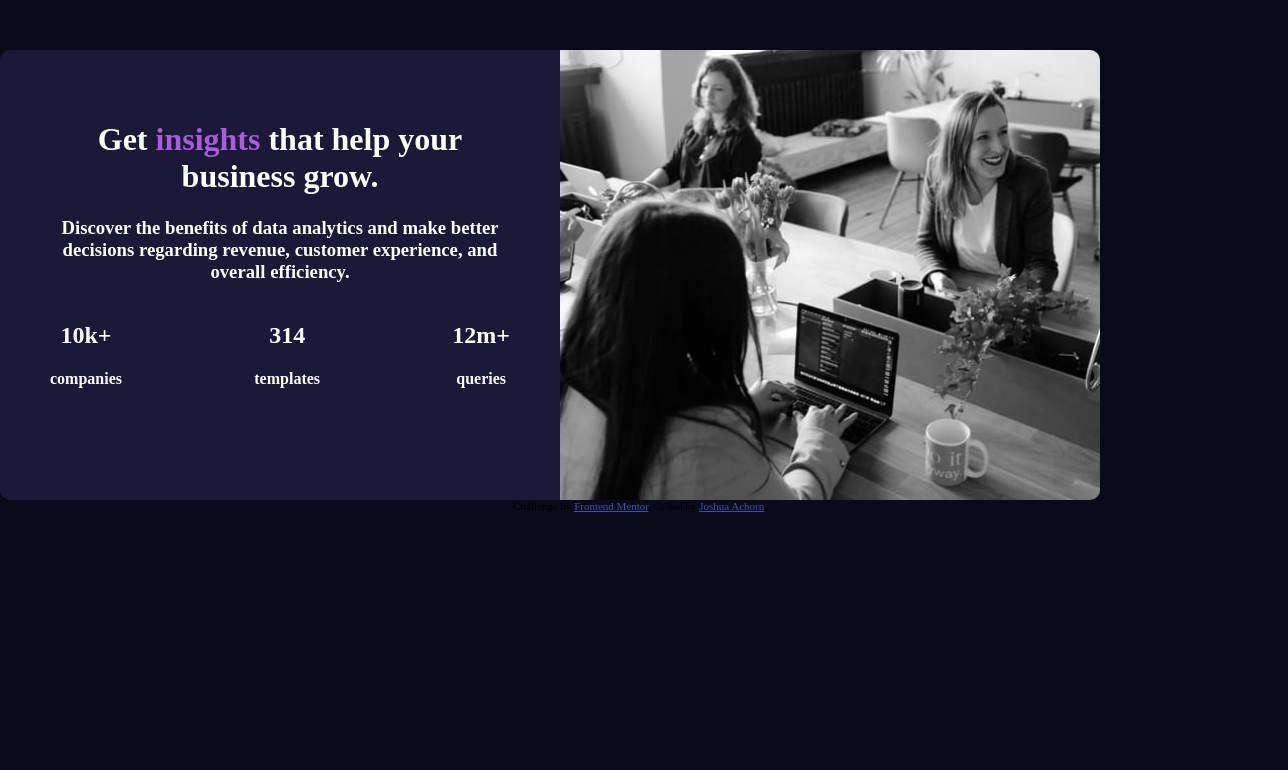
Repository: Achorn/stats-preview-card
Page: index.html
An editor plug-in stored every save of this project. The page is shown before and after the next save, followed by the edit.
The browser window is 1280 px wide. The page is 1280 px wide, then 1288 px, so the pictures cover 1288 px, including what lies to the right of the window. The pictures show the whole page.

Above is the page before, as saved 2021-06-16 17:59:22.

### index.html
<!DOCTYPE html>
<html lang="en">
  <head>
    <meta charset="UTF-8" />
    <meta name="viewport" content="width=device-width, initial-scale=1.0" />
    <!-- displays site properly based on user's device -->
    <link rel="stylesheet" href="styles.css" />
    <link
      rel="icon"
      type="image/png"
      sizes="32x32"
      href="./images/favicon-32x32.png"
    />

    <title>Frontend Mentor | Stats preview card component</title>

    <!-- Feel free to remove these styles or customise in your own stylesheet 👍 -->
    <style>
      .attribution {
        font-size: 11px;
        text-align: center;
      }
      .attribution a {
        color: hsl(228, 45%, 44%);
      }
    </style>
  </head>
  <body>
    <div id="card-container">
      <div id="text-container">
        <div id="title-container">
          <h1 id="title">
            Get <span style="color: hsl(277, 64%, 61%)">insights</span> that
            help your business grow.
          </h1>
          <h3>
            Discover the benefits of data analytics and make better decisions
            regarding revenue, customer experience, and overall efficiency.
          </h3>
        </div>

        <div id="desc-container">
          <div id="desc">
            <h2>10k+</h2>
            <h4>companies</h4>
          </div>
          <div id="desc">
            <h2>314</h2>
            <h4>templates</h4>
          </div>
          <div id="desc">
            <h2>12m+</h2>
            <h4>queries</h4>
          </div>
        </div>
      </div>
      <div id="img-container">
        <img id="stat-image" src="./images/image-header-desktop.jpg" alt="" />
      </div>
    </div>
    <div class="attribution">
      Challenge by
      <a href="https://www.frontendmentor.io?ref=challenge" target="_blank"
        >Frontend Mentor</a
      >. Coded by <a href="#">Joshua Achorn</a>.
    </div>
  </body>
</html>

### styles.css
body {
  padding-top: 50px;
  width: 100%;
  /* background-color: white; */
  background-color: hsl(233, 47%, 7%);
  height: 100vh;
  /* display: flex;
  flex-direction: column;
  justify-content: center;
  align-items: center; */
  text-align: center;
  margin: 0px auto;
}

#card-container {
  overflow: hidden;
  border-radius: 10px;
  width: 90%;
  max-width: 1100px;
  color: white;
  background-color: hsl(244, 38%, 16%);
  display: flex;
}

#text-container {
  padding: 50px;
}
#desc-container {
  display: flex;
  justify-content: space-between;
  flex-wrap: wrap;
}
#img-container {
  margin: 0px;
  display: inline-block;
}
img {
  width: auto;
  height: 100%;
}

@media screen and (max-width: 1000px) {
  #card-container {
    max-width: 600px;
    text-align: center;
    width: 90%;
    flex-direction: column-reverse;
  }
  img {
    width: 100%;
    height: auto;
  }
}

@media screen and (max-width: 500px) {
  #desc-container {
    flex-direction: column;
    justify-content: center;
  }
}

After the next save:
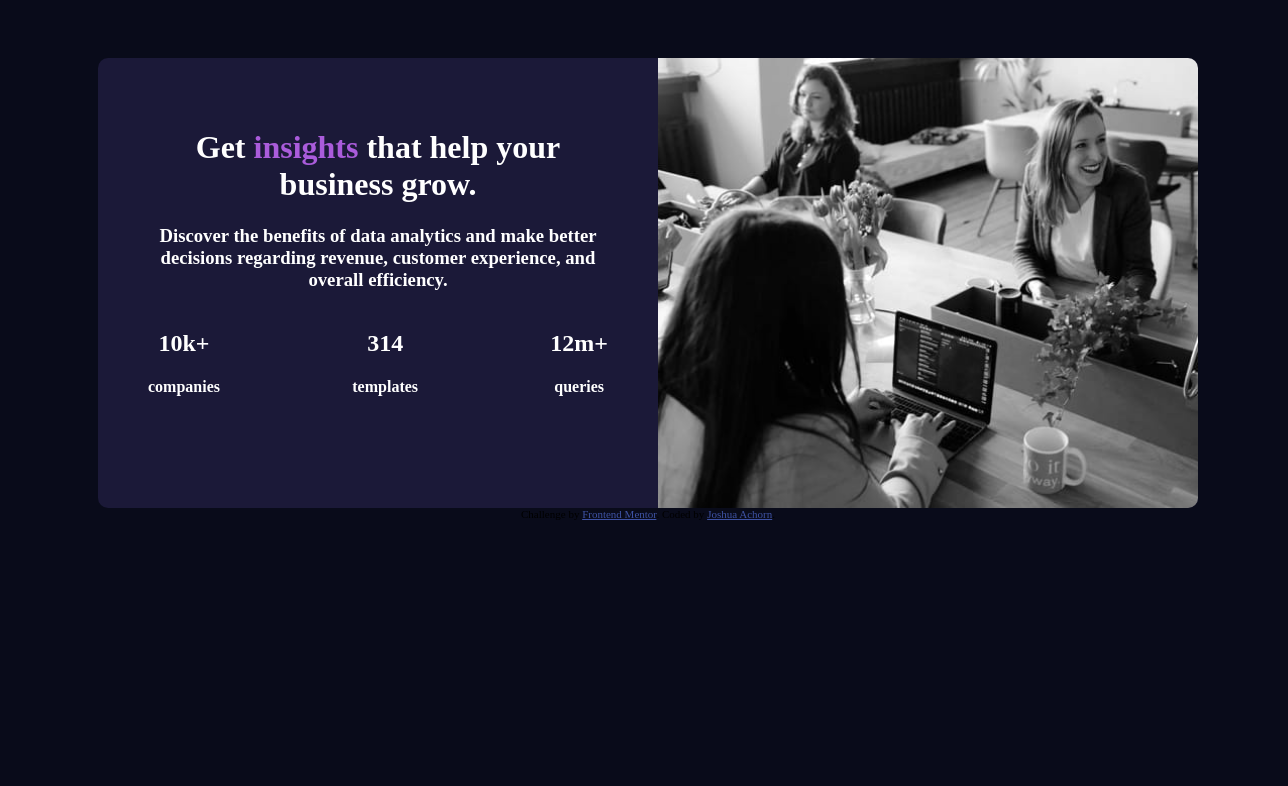
Saved 41 s later.
--- a/styles.css
+++ b/styles.css
@@ -9,10 +9,10 @@ body {
   justify-content: center;
   align-items: center; */
   text-align: center;
-  margin: 0px auto;
 }
 
 #card-container {
+  margin: 0 auto;
   overflow: hidden;
   border-radius: 10px;
   width: 90%;
